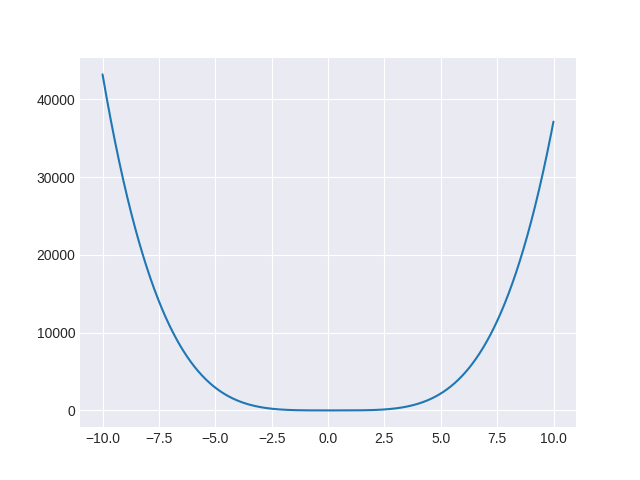
Repository: tinh2044/python
Script's output: python manchine_learning/numby/chart.py
The author's editor kept a copy of each file at every save. The script's output is drawn from the files as they stood at one save, then again after a run of saves.
Random numbers start from a fixed seed.

Above is the script's output before, as saved 2022-11-22 16:08:43.

After the next 2 saves:
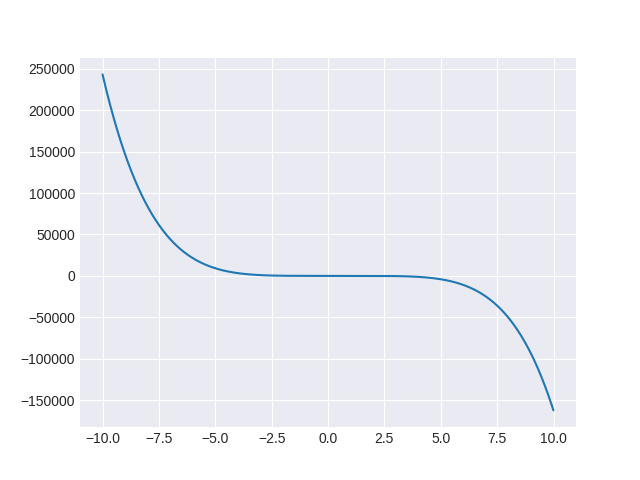
The 2 saves are shown as one change because 1 did not build or start.
The last was saved 2 min 41 s later.
--- a/manchine_learning/numby/chart.py
+++ b/manchine_learning/numby/chart.py
@@ -34,11 +34,11 @@ def calc(function):
 
 def chart(x,y):
     plt.style.use('seaborn-v0_8-darkgrid')
-    # plt.axis("equal")
+    plt.axis()
     plt.plot(x,y)
     plt.show()
 def main():
-    data = "4x**4 -3x**3 +2x**2 -1"
+    data = "4x**4 -3x**3 +2x**2 -1- 2x**5"
     function = convert(data)
     x,y = calc(function)
     chart(x, y)
